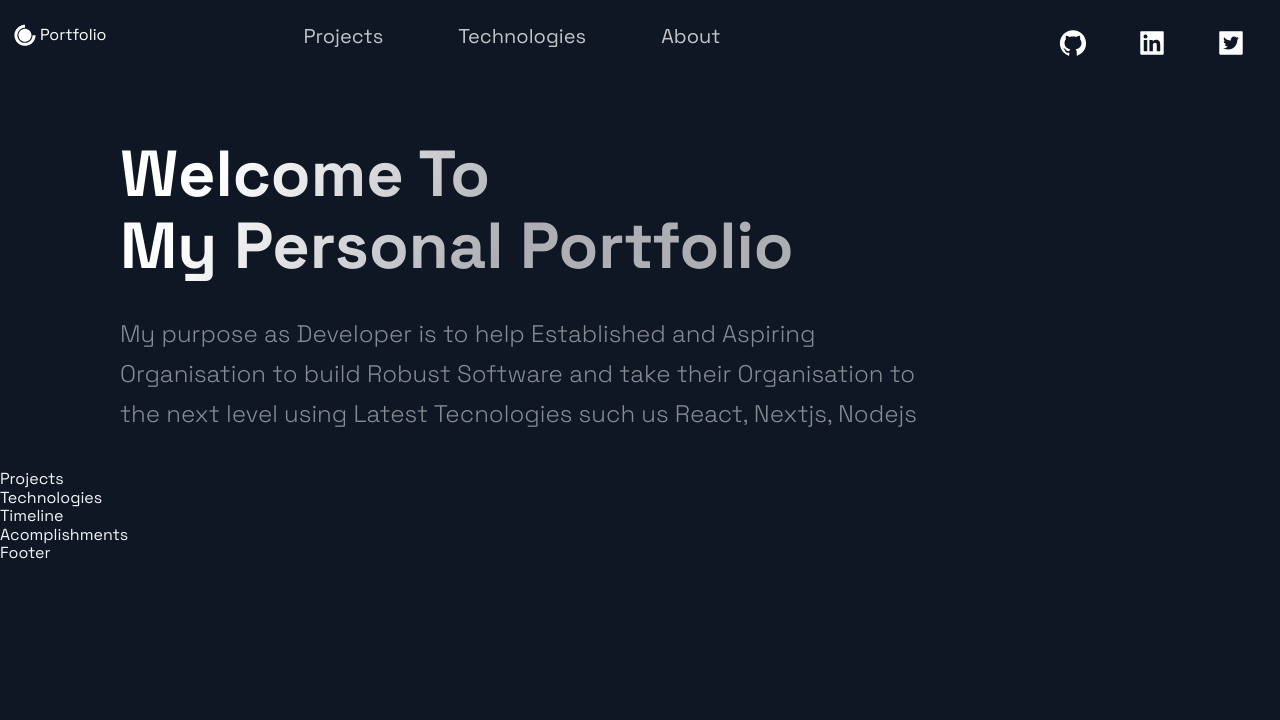
Repository: remydev47/portfolio2.0
Page: /
An editor plug-in stored every save of this project. The page is shown before and after the next save, followed by the edit.
The browser window is 1280 px wide. The pictures show the whole page.
The project was rebuilt for these pictures with package versions that can differ from the ones it lists, and the page was loaded fresh each time. The framework's server and built-in components were replaced by stand-ins that run in the browser. Also part of the build but not shown: next.config.js, src/components/BackgrooundAnimation/BackgroundAnimation.js. Imported but missing from the stored project, and not drawn on this page: src/constants/constants.

Above is the page before, as saved 2022-04-28 20:55:36.

### src/components/Hero/Hero.js
import React from 'react';

import { Section, SectionText, SectionTitle } from '../../styles/GlobalComponents';
import Button from '../../styles/GlobalComponents/Button';
import { LeftSection } from './HeroStyles';

const Hero = (props) => (
 <Section row nopadding>
   <LeftSection>
     <SectionTitle main center>
      {/* Hello i do development services*/}
       Welcome To<br/>
       My Personal Portfolio
     </SectionTitle>
     <SectionText>
       My purpose as Developer is to help Established and Aspiring Organisation to build Robust Software and take their Organisation to the next level using Latest Tecnologies such us React, Nextjs, Nodejs
     </SectionText>
   </LeftSection>
 </Section>
);

export default Hero;

### src/components/TimeLine/TimeLine.js
import React, { useState, useRef, useEffect } from 'react';

import { CarouselButton, CarouselButtonDot, CarouselButtons, CarouselContainer, CarouselItem, CarouselItemImg, CarouselItemText, CarouselItemTitle, CarouselMobileScrollNode } from './TimeLineStyles';
import { Section, SectionDivider, SectionText, SectionTitle } from '../../styles/GlobalComponents';
import { TimeLineData } from '../../constants/constants';

const TOTAL_CAROUSEL_COUNT = TimeLineData.length;

const Timeline = () => {
  // const [activeItem, setActiveItem] = useState(0);
  // const carouselRef = useRef();

  // const scroll = (node, left) => {
  //   return node.scrollTo({ left, behavior: 'smooth' });
  // }

  // const handleClick = (e, i) => {
  //   e.preventDefault();

  //   if (carouselRef.current) {
  //     const scrollLeft = Math.floor(carouselRef.current.scrollWidth * 0.7 * (i / TimeLineData.length));

  //     scroll(carouselRef.current, scrollLeft);
  //   }
  // }

  // const handleScroll = () => {
  //   if (carouselRef.current) {
  //     const index = Math.round((carouselRef.current.scrollLeft / (carouselRef.current.scrollWidth * 0.7)) * TimeLineData.length);

  //     setActiveItem(index);
  //   }
  // }

  // // snap back to beginning of scroll when window is resized
  // // avoids a bug where content is covered up if coming from smaller screen
  // useEffect(() => {
  //   const handleResize = () => {
  //     scroll(carouselRef.current, 0);
  //   }

  //   window.addEventListener('resize', handleResize);
  // }, []);

  return (
    <div>
      Timeline
    </div>
  );
};

export default Timeline;

### src/styles/globals.js
import { createGlobalStyle } from 'styled-components';
import { normalize } from 'styled-normalize';

const GlobalStyles = createGlobalStyle`
  ${normalize};

  * {
    box-sizing: border-box;
    margin: 0;
    padding: 0;
  }
  html {
    font-size: 62.5%;
    scroll-behavior: smooth;

  }
  body {
    font-family: ${props => props.theme.fonts.main};
    font-size: 1.6rem;
    background: ${props => props.theme.colors.background1};
    color: ${props => props.theme.colors.primary1};
    cursor: default;

  }
  h1,h2,h3,h4,h5,h6,button {
    font-family: ${props => props.theme.fonts.title};
  }
  a {
    text-decoration: none;
  }
  li{
    list-style: none;
  }

`;

export default GlobalStyles;

### src/components/Acomplishments/AcomplishmentsStyles.js
import styled from "styled-components"

export const Boxes = styled.div`
  width: 100%;
  display: grid;
  grid-template-columns: repeat(4, 1fr);
  gap: 24px;
  margin: 24px 0 40px;

  @media ${props => props.theme.breakpoints.md}{
    gap: 16px;
    margin: 20px 0 32px;
    grid-template-columns: repeat(auto-fit, minmax(140px, 1fr));
  }

  @media ${props => props.theme.breakpoints.sm}{
    display: grid;
    grid-template-columns: repeat(2, 1fr);
    gap: 10px;
    max-width: 500px;
    margin: 24px auto;
  }
`

export const Box = styled.div`
  background: #212D45;
  border-radius: 12px;
  height: 144px;
  padding: 24px;
  @media ${props => props.theme.breakpoints.lg} {
    height: 210px;

  }

  @media ${props => props.theme.breakpoints.md} {
    height: 135px;
    padding: 16px;
  }

  @media ${props => props.theme.breakpoints.sm} {
    height: 110px;
    padding: 12px;

    &:nth-child(2n){
      grid-row:2;
    }
  }
`
export const BoxNum = styled.h5`
  font-style: normal;
  font-weight: 600;
  font-size: 36px;
  line-height: 40px;
  letter-spacing: 0.01em;
  color: #FFFFFF;
  margin-bottom: 8px;

  @media ${props => props.theme.breakpoints.md} {
    font-size: 28px;
    line-height: 32px;
  }
  @media ${props => props.theme.breakpoints.sm} {
    font-size: 24px;
    line-height: 26px;
}
`

export const BoxText = styled.p`
  font-style: normal;
  font-weight: normal;
  font-size: 18px;
  line-height: 24px;
  letter-spacing: 0.02em;
  color: rgba(255, 255, 255, 0.75);

  @media ${props => props.theme.breakpoints.md}{
    font-size: 16px;
    line-height: 20px;
  };

  @media ${props => props.theme.breakpoints.sm} {
    font-size: 10px;
    line-height: 14px;
  }
`

export const Join = styled.div`
  display: flex;
  max-width: 1040px;
  justify-content: center;
  align-items: center;
  padding-bottom: 80px;

  @media ${props => props.theme.breakpoints.md}{
    display: flex;
    justify-content: center;
    padding-bottom: 64px;
  }

  @media ${props => props.theme.breakpoints.sm}{
    display: flex;
    flex-direction: column;
    align-items: center;
    padding-bottom: 32px;
  }
`

export const JoinText = styled.h5`
  display: flex;
  font-size: 24px;
  line-height: 40px;
  letter-spacing: 0.02em;
  color: rgba(255, 255, 255, 0.5);

@media ${props => props.theme.breakpoints.md}{
  line-height: 32px;
  font-size: 20px;
};

@media ${props => props.theme.breakpoints.sm}{
  font-size: 16px;
  line-height: 24px;
  margin: 0 0 16px;
}
`

export const IconContainer = styled.div`
  display: flex;

  @media ${props => props.theme.breakpoints.sm}{
    width: 160px;
    justify-content: space-between;
  }
`

### src/components/Projects/ProjectsStyles.js
import styled from 'styled-components';

export const Img = styled.img`
  width:100%;
  height:100%;
  object-fit: cover;
  overflow: hidden;
`

export const GridContainer = styled.section`
display: grid;
grid-template-columns: repeat(auto-fill, minmax(400px, 1fr));
padding: 3rem;
place-items: center;
column-gap: 2rem;
row-gap: 3rem;
@media ${(props) => props.theme.breakpoints.sm} {
  display: flex;
  flex-direction: column;
  padding: 2rem;
  padding-bottom: 0;
}

`
export const BlogCard = styled.div`
  border-radius: 10px;
  box-shadow: 3px 3px 20px rgba(80, 78, 78, 0.5);
  text-align: center;
  width: 400px;
  @media ${(props) => props.theme.breakpoints.sm} {
    width: 100%;
  }
`;
export const TitleContent = styled.div`
  text-align: center;
  z-index: 20;
  width: 100%;

`;


export const HeaderThree = styled.h3`
  font-weight: 500;
  letter-spacing: 2px;
  color: #9cc9e3;
  padding: .5rem 0;
  font-size: ${(props) => props.title ? '3rem' : '2rem'};
`;

export const Hr = styled.hr`
  width: 50px;
  height: 3px;
  margin: 20px auto;
  border: 0;
  background: #d0bb57;
`;

export const Intro = styled.div`
  width: 170px;
  margin: 0 auto;
  color: #dce3e7;
  font-family: 'Droid Serif', serif;
  font-size: 13px;
  font-style: italic;
  line-height: 18px;
`;


export const CardInfo = styled.p`
  width: 100%;
  padding: 0 50px;
  color: #e4e6e7;
  font-style: 2rem;
  line-height: 24px;
  text-align: justify;
  @media ${(props) => props.theme.breakpoints.sm} {
    padding:.3rem

}
`;


export const UtilityList = styled.ul`
  list-style-type: none;
  padding: 0;
  display: flex;
  justify-content: space-around;
  margin: 2.5rem 0;
`;

export const ExternalLinks = styled.a`
color:#d4c0c0;
font-size: 1.6rem;
padding:1rem 1.5rem;
background: #6b3030;
border-radius: 15px;
transition: 0.5s;
&:hover{
  background: #801414;

}
`;

export const TagList = styled.ul`
display: flex;
justify-content: space-around;
padding: 2rem;
`
export const Tag = styled.li`
color: #d8bfbf;
font-size: 1.5rem;
`

### src/components/Technologies/TechnologiesStyles.js
import styled from 'styled-components'

export const ImageContainer = styled.div`
  text-align: center;
  background-image: radial-gradient(50% 50% at 50% 50%, rgba(79, 108, 176, 0.25) 53.8%, rgba(79, 108, 176, 0) 100%);
  width: 100%;
  padding: 60px;
  margin-top: 48px;
  display: flex;
  flex-direction: column;
  align-items: center;
  justify-content: center;

  @media ${props => props.theme.breakpoints.lg} {
    background-image: none;
    padding: 0;
    margin-top: 40px;
  }
  @media ${props => props.theme.breakpoints.md} {
    background-image: none;
    padding: 0;
    margin-top: 16px;
  }
`

export const MainImage = styled.img`
  width: 100%;
`

export const List = styled.ul`
  list-style-type: none;
  display: grid;
  grid-template-columns: repeat(3, 1fr);
  gap: 40px;
  margin: 3rem 0;

  @media ${props => props.theme.breakpoints.lg}{
    margin: 64px 0;
  }

  @media ${props => props.theme.breakpoints.md}{
    margin: 64px 0;
    gap: 24px
  }

  @media ${props => props.theme.breakpoints.sm}{
    display: flex;
    flex-direction: column;
    margin: 32px 0;
  }
`

export const ListContainer = styled.div`
  display: flex;
  flex-direction: column;

  @media ${props => props.theme.breakpoints.sm}{
    display: flex;
    margin-left: 18px;
  }
`

export const ListTitle = styled.h4`
  font-weight: 700;
  font-size: 28px;
  line-height: 32px;
  letter-spacing: 0.02em;
  color: #FFFFFF;
  margin-bottom: 8px;

@media ${props => props.theme.breakpoints.md}{
  font-size: 24px;
  line-height: 28px;
}

@media ${props => props.theme.breakpoints.sm}{
  font-size: 20px;
  line-height: 28px;
  letter-spacing: 0.02em;
  margin-bottom: 4px;
}
`

export const ListParagraph = styled.p`
  font-size: 18px;
  line-height: 30px;
  color: rgba(255, 255, 255, 0.75);

  @media ${props => props.theme.breakpoints.md}{
    font-size: 16px;
    line-height: 28px;
  }

  @media ${props => props.theme.breakpoints.sm}{
    font-size: 14px;
    line-height: 22px;
  }
`

export const ListItem = styled.li`
  max-width: 320px;
  display: flex;
  flex-direction: column;

@media ${props => props.theme.breakpoints.md}{
  max-width: 203px;
}

@media ${props => props.theme.breakpoints.sm}{
  margin-bottom: 14px;
  max-width: 320px;
  flex-direction: row;
}
`

export const ListIcon = styled.img`
  display: block;
  width: 48px;
  height: 48px;
  margin-bottom: 10px;

  @media ${props => props.theme.breakpoints.md}{
    width: 40px;
    height: 40px;
    margin-bottom: 8px;
  }

  @media ${props => props.theme.breakpoints.sm}{
    width: 32px;
    height: 32px;
    margin-bottom: 0px;
  }
`

### src/components/TimeLine/TimeLineStyles.js

import styled from 'styled-components'

export const CarouselContainer = styled.ul`
  max-width: 1040px;
  background: #0F1624;
  padding: 0rem;
  list-style:none;
  display: flex;
  justify-content: space-between;
  /* overflow-x: hidden; */

  margin-left: 32px;
  &:first-of-type{
    margin-left: 0px;
  }

  margin-bottom: 80px;

  //remove scrollbar
  scrollbar-width: none;
   &::-webkit-scrollbar {
     display: none;
   }

  @media ${props => props.theme.breakpoints.sm} {
    overflow-x: scroll;
    -webkit-overflow-scrolling: touch;
    scroll-snap-type: x mandatory;
    touch-action: pan-x;
    justify-content: initial;
    margin-bottom: 8px;
  }
`
export const CarouselMobileScrollNode = styled.div`
  @media ${props => props.theme.breakpoints.sm} {
    display: flex;
    min-width: ${({ final }) => final ? `120%;` : `min-content`}
  }
`

export const CarouselItem = styled.div`
  background: #0F1624;
  border-radius: 3px;
  max-width: 196px;

  @media ${props => props.theme.breakpoints.md} {
    max-width: 124px;
  }

  @media ${props => props.theme.breakpoints.sm} {
    margin-left: 32px;
    min-width: 120px;
    background: #0E131F;
    padding: 4px;
    align-content: start;
    scroll-snap-align: start;
    border-radius: 3px;
    overflow: visible;
    position: relative;
    height: fit-content;

    ${(props) => props.active === props.index ? `opacity: 1` : `opacity: 0.5`};
  }
`

export const CarouselItemTitle = styled.h4`
  font-weight: bold;
  font-size: 24px;
  line-height: 32px;
  letter-spacing: 0.02em;
  display: flex;
  /* This gradient is different due to the size of the Title container, it must transition sooner to be visible on the text */
  background: linear-gradient(121.57deg, #FFFFFF 10%, rgba(255, 255, 255, 0.66) 30.15%);
  -webkit-background-clip: text;
  -webkit-text-fill-color: transparent;
  margin-bottom: 8px;

  @media ${props => props.theme.breakpoints.md} {
    font-size: 20px;
    line-height: 28px;
    margin-bottom: 4px;
  }

  @media ${props => props.theme.breakpoints.sm} {
    font-size: 16px;
    line-height: 24px;
  }
`
export const CarouselItemImg = styled.svg`
  margin-left: 21px;
  -webkit-mask-image: linear-gradient(to right, rgba(0,0,0,1), rgba(0,0,0,0));
  width: 100%;

  @media ${props => props.theme.breakpoints.sm} {
    -webkit-mask-image: none;
    margin-left: 16px;
    overflow: visible;
  }
`

export const CarouselItemText = styled.p`
  font-size: 14px;
  line-height: 22px;
  letter-spacing: 0.02em;
  color: rgba(255, 255, 255, 0.75);
  padding-right: 16px;

  @media ${props => props.theme.breakpoints.md} {
    font-size: 12px;
    line-height: 18px;
    padding-right: 32px;
  }
  @media ${props => props.theme.breakpoints.sm} {
    font-size: 10px;
    line-height: 16px;
    padding-right: 0;
  }
`
export const CarouselButtons = styled.div`
  width: 288px;

  display: none;
  visibility: hidden;

  @media ${props => props.theme.breakpoints.sm} {
    display: flex;
    visibility: visible;
    margin-bottom: 48px;
  }
`

export const CarouselButton = styled.button`
  box-sizing: border-box;
  background: none;
  padding: 4px;
  border: none;
  cursor: pointer;
  margin-right: 4px;
  opacity: ${(props) => props.active === props.index ? `1` : `.33`};
  transform: ${(props) => props.active === props.index ? `scale(1.6)` : `scale(1)`};

  &:focus {
    outline: none;
  }
`

export const CarouselButtonDot = styled.div`
  background-color: white;
  border-radius: 10px;
  margin: auto;
  width: 3px;
  height: 3px;
`

### src/components/Header/Header.js
import Link from 'next/link';
import React from 'react';
import { AiFillGithub, AiFillInstagram, AiFillLinkedin, AiFillTwitterSquare } from 'react-icons/ai';
import { DiCssdeck } from 'react-icons/di';

import { Container, Div1, Div2, Div3, NavLink, SocialIcons, Span } from './HeaderStyles';

const Header = () =>  (
  <Container>
    <Div1>
      <Link href="/">
        <a style={{ display: "flex", alignItems:"center" , color:"white",  marginBottom:"20px" }}>
          <DiCssdeck size="3rem"/><Span>Portfolio</Span>
        </a>
      </Link>
    </Div1>
    <Div2>
      <l1>
        <Link href="#projects">
          <NavLink>Projects</NavLink>
        </Link>
      </l1>
      <l1>
        <Link href="#tech">
          <NavLink>Technologies</NavLink>
        </Link>
      </l1>
      <l1>
        <Link href="#about">
          <NavLink>About</NavLink>
        </Link>
      </l1>
    </Div2>
    <Div3>
      <SocialIcons href="https://github.com">
        <AiFillGithub size="3rem"/>
      </SocialIcons>
      <SocialIcons href="https://linkedin.com">
        <AiFillLinkedin size="3rem"/>
      </SocialIcons>
      <SocialIcons href="https://twitter.com">
        <AiFillTwitterSquare size="3rem"/>
      </SocialIcons>
    </Div3>
  </Container>
);

export default Header;

### src/components/Header/HeaderStyles.js
import { IoIosArrowDropdown } from 'react-icons/io';
import styled from 'styled-components';

export const Container = styled.div`
  display: grid;
  grid-template-columns: repeat(5, 1fr);
  grid-template-rows: 1fr;
  grid-column-gap: 2rem;
  padding: 1rem;
  padding-top: 2rem;

  @media ${(props) => props.theme.breakpoints.sm} {
    display: grid;
    grid-template-columns: repeat(5, 1fr);
    grid-template-rows: repeat(2, 60px);
    grid-column-gap: 0.5rem;
    grid-row-gap: 0.5rem;
  }
`;

export const Span = styled.span`
  fontsize: 2rem
`;

export const Div1 = styled.div`
  grid-area: 1 / 1 / 2 / 2;
  display: flex;
  flex-direction: row;
  align-content: center;
  @media ${(props) => props.theme.breakpoints.sm} {
    grid-area: 1 / 1 / 2 / 3;
  }
`;
export const Div2 = styled.div`
  grid-area: 1 / 2 / 2 / 4;
  display: flex;
  justify-content: space-around;
  @media ${(props) => props.theme.breakpoints.sm} {
    grid-area: 2 / 2 / 3 / 5;
  }
`;
export const Div3 = styled.div`
  grid-area: 1 / 5 / 2 / 6;
  display: flex;
  justify-content: space-around;
  align-items: center;
  @media ${(props) => props.theme.breakpoints.sm} {
    align-items: center;
    grid-area: 1 / 4 / 2 / 6;
  }
`;

// Navigation Links
export const NavLink = styled.a`
  font-size: 2rem;
  line-height: 32px;
  color: rgba(255, 255, 255, 0.75);
  transition: 0.4s ease;
  &:hover {
    color: #fff;
    opacity: 1;
    cursor: pointer;
  }
  @media ${(props) => props.theme.breakpoints.sm} {
    padding: 0.5rem;
  }
`;

/// DropDown Contact
export const ContactDropDown = styled.button`
  border: none;
  display: flex;
  position: relative;
  background: none;
  font-size: 1.7rem;

  line-height: 32px;
  color: rgba(255, 255, 255, 0.75);
  cursor: pointer;
  transition: 0.3s ease;

  &:focus {
    outline: none;
  }
  &:hover {
    color: #fff;
  }

  @media ${(props) => props.theme.breakpoints.sm} {
    padding: 0.4rem 0;
  }
  @media ${(props) => props.theme.breakpoints.md} {
    padding: 0;
  }
`;

export const NavProductsIcon = styled(IoIosArrowDropdown)`
  margin-left: 8px;
  display: flex;
  align-self: center;
  transition: 0.3s ease;
  opacity: ${({ isOpen }) => (isOpen ? '1' : '.75')};
  transform: ${({ isOpen }) => (isOpen ? 'scaleY(-1)' : 'scaleY(1)')};

  &:hover {
    opacity: 1;
  }

  @media ${(props) => props.theme.breakpoints.sm} {
    margin: 2px 0 0 2px;
    width: 15px;
  }
`;


// Social Icons

export const SocialIcons = styled.a`
transition: 0.3s ease;
color: white;
border-radius: 50px;
  padding: 8px;
&:hover {
    background-color: #212d45;
    transform: scale(1.2);
    cursor: pointer;

  }
`

### src/components/Footer/FooterStyles.js
import styled from "styled-components"

export const FooterWrapper = styled.section`
	width: calc(100vw - 96px);
  max-width: 1040px;
  padding: 2rem 48px 40px;
  margin: 1rem auto;
  box-sizing: content-box;


  @media ${props => props.theme.breakpoints.sm} {
    padding: 0 16px 48px;
    width: calc(100vw - 32px);
  }
`

export const LinkItem = styled.a`
	font-size: 18px;
	line-height: 30px;
	color: rgba(255, 255, 255, 0.75);
	margin-bottom: 16px;
	transition: .3s ease;
	position: relative;
	left: 0;

	&:hover {
		color: #fff;
		left: 6px;
	}

	@media ${props => props.theme.breakpoints.md} {
		font-size: 16px;
		line-height: 28px;
		display: flex;
	}

	@media ${props => props.theme.breakpoints.sm} {
		font-size: 8px;
		line-height: 14px;
		margin-bottom: 8px;
		display: flex;
		align-items: center;
	}
`

export const SocialIconsContainer = styled.div`
max-width: 1040px;
display: flex;
justify-content: space-between;

@media ${props => props.theme.breakpoints.md}{
  display: flex;
  justify-content: space-between;
}

@media ${props => props.theme.breakpoints.sm}{
  display: flex;
	width: 100%;
  flex-direction: column;
}
`

export const CompanyContainer = styled.div`
  display: flex;
	align-items:baseline;
	flex-wrap: wrap;
	margin-right: auto;


	@media ${props => props.theme.breakpoints.md}{
		flex-direction: column;
		align-items: baseline;
	}

	@media ${props => props.theme.breakpoints.sm}{
		display: flex;
		flex-direction: column;
		margin: 0 0 32px;
		align-items: center;
	}
`


export const Slogan = styled.p`
	color: rgba(255, 255, 255, 0.5);
	min-width: 280px;
	letter-spacing: 0.02em;
	font-size: 18px;
	line-height: 30px;
	padding: 1rem;

	@media ${props => props.theme.breakpoints.md}{
		font-size: 16px;
		line-height: 28px;
	}

	@media ${props => props.theme.breakpoints.sm}{
		line-height: 22px;
		font-size: 14px;
		min-width: 100px;
	}
`

export const SocialContainer = styled.div`
	display: flex;
  align-items: center;

	@media ${props => props.theme.breakpoints.md}{
		justify-content: center;
		padding-right: 16px;
		flex-wrap: wrap;
	}
`


export const LinkList = styled.ul`
	border-top: 1px solid rgba(255, 255, 255, 0.1);
  display: grid;
	grid-template-columns: repeat(3, minmax(85px, 220px));
	gap: 40px;
  padding: 40px 0 28px;

	@media ${props => props.theme.breakpoints.lg} {
		padding: 32px 0 16px;
	}

	@media ${props => props.theme.breakpoints.md} {
		width: 100%;
		padding: 32px 0 16px;
		gap: 16px;
	}
	@media ${props => props.theme.breakpoints.sm} {
		width: 100%;
		padding: 32px 4px 16px;
		gap: 5px;
	}
`

export const LinkColumn = styled.div`
	display: flex;
	flex-direction: column;
	max-width: 220px;
	width: 100%;
`
export const LinkTitle = styled.h4`
	font-style: normal;
	font-weight: 600;
	font-size: 12px;
	line-height: 24px;
	text-transform: uppercase;
	color: rgba(255, 255, 255, 0.4);
	margin-bottom: 16px;

	@media ${props => props.theme.breakpoints.sm} {
		font-size: 10px;
		line-height: 12px;
		margin-bottom: 8px;
	}
`

Loaded but not shown: src/pages/_app.js (common file); src/pages/_document.js (common file); src/pages/index.js (common file); src/styles/theme.js (common file); src/components/Acomplishments/Acomplishments.js (common file); src/components/Projects/Projects.js (common file); src/components/Technologies/Technologies.js (common file); src/layout/Layout.js (common file); src/themes/default.js (common file); src/components/Hero/HeroStyles.js (common file); src/components/Footer/Footer.js (common file); src/layout/LayoutStyles.js (common file); src/styles/GlobalComponents/Button.js (common file); src/styles/GlobalComponents/index.js (281 lines, source omitted)

After the next save:
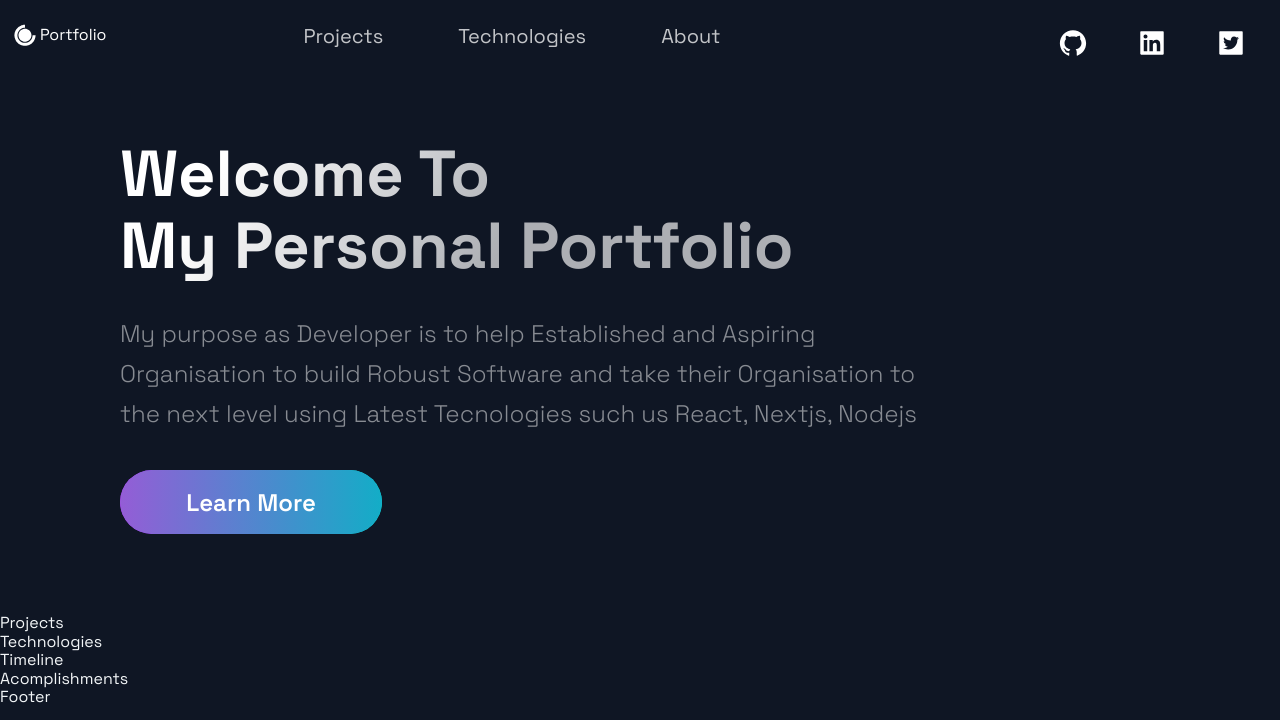
Saved 115 s later.
--- a/src/components/Hero/Hero.js
+++ b/src/components/Hero/Hero.js
@@ -15,6 +15,7 @@ const Hero = (props) => (
      <SectionText>
        My purpose as Developer is to help Established and Aspiring Organisation to build Robust Software and take their Organisation to the next level using Latest Tecnologies such us React, Nextjs, Nodejs
      </SectionText>
+     <Button onClick={() => window.location = 'https://google.com'}>Learn More</Button>
    </LeftSection>
  </Section>
 );
